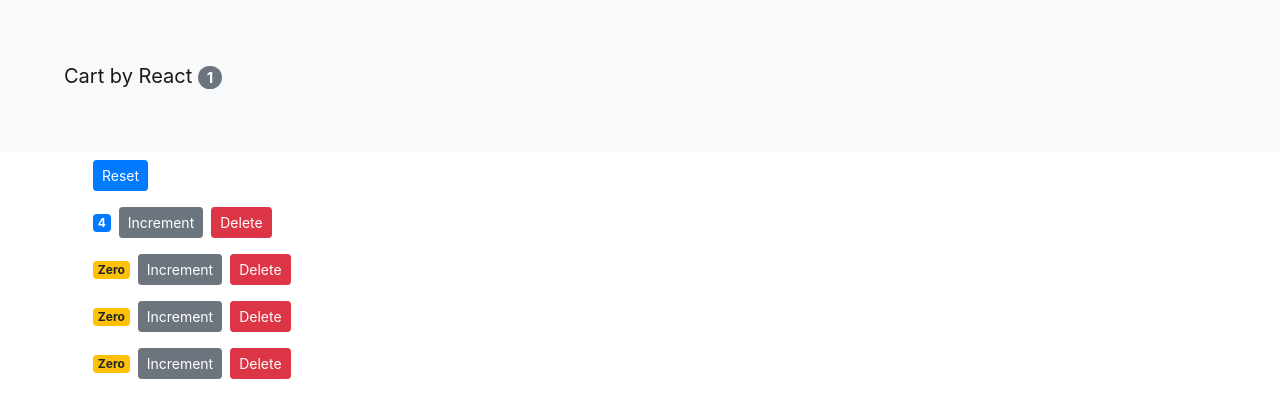
Repository: smk87/First-React-App
Page: /
An editor plug-in stored every save of this project. The page is shown before and after the next save, followed by the edit.
The browser window is 1280 px wide. The pictures show the whole page.
The project was rebuilt for these pictures with package versions that can differ from the ones it lists, and the page was loaded fresh each time. Also part of the build but not shown: src/App.css.

Above is the page before, as saved 2019-01-06 14:23:32.

After the next save:
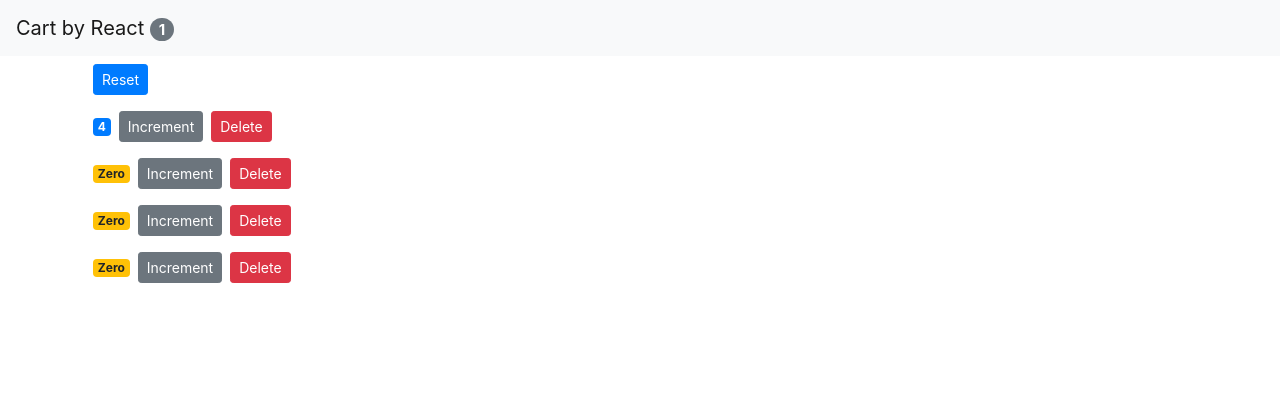
Saved 5 s later.
--- a/src/components/navbar.jsx
+++ b/src/components/navbar.jsx
@@ -3,7 +3,7 @@ import React, { Component } from "react";
 const NavBar = props => {
   return (
     <nav className="navbar navbar-light bg-light">
-      <a className="navbar-brand m-5" href="#">
+      <a className="navbar-brand" href="#">
         Cart by React{" "}
         <span className="badge badge-pill badge-secondary">
           {props.totalCounters}
